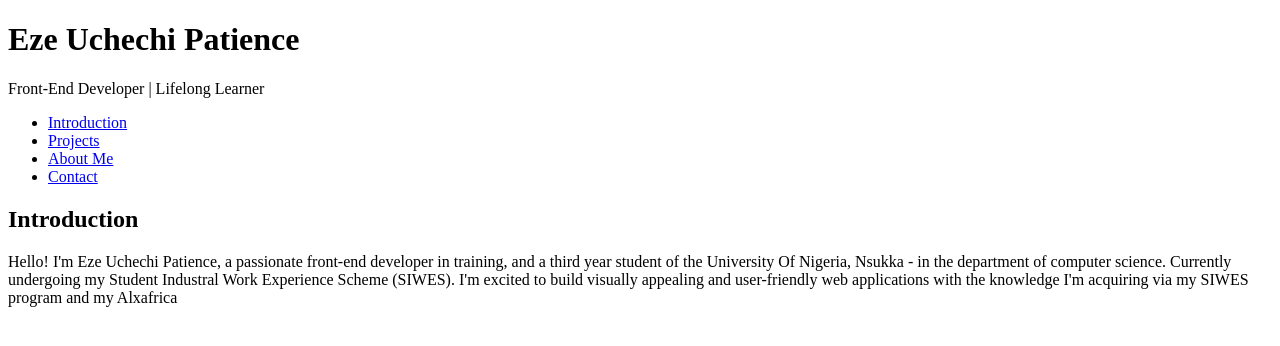
Repository: Patience225/My_First_Portfolio
Page: Portfolio/index.html
An editor plug-in stored every save of this project. The page is shown before and after the next save, followed by the edit.
The browser window is 1280 px wide. The pictures show the whole page.

Above is the page before, as saved 2024-12-16 13:12:39.

### Portfolio/index.html
<!DOCTYPE html>
<html lang="en">
<head>
    <meta charset="utf-8">
    <title>Eze Uchechi Patience - Personal Portfolio</title>
</head>
<body>
    <header>
        <h1>Eze Uchechi Patience</h1>
        <p>Front-End Developer | Lifelong Learner</p>
    </header>
    <nav>
      <ul>
        <li><a href="#introduction">Introduction</a></li>
        <li><a href="#projects">Projects</a></li>
        <li><a href="#about">About Me</a></li>
        <li><a href="#contact">Contact</a></li>
    </ul>
    </nav>
    <section id="introduction">
      <h2>Introduction</h2>
    <p>Hello! I'm Eze Uchechi Patience, a passionate front-end developer in training, and a third year student of the University Of Nigeria, Nsukka - in the department of computer science. Currently undergoing my Student Industral Work Experience Scheme (SIWES). I'm excited to build visually appealing and user-friendly web applications with the knowledge I'm acquiring via my SIWES program and my Alxafrica </p>
    </section>
    <section id="projects"></section>
    <section id="about"></section>
    <section id="contact"></section>
    <footer>

    </footer>
</body>
</html>

After the next save:
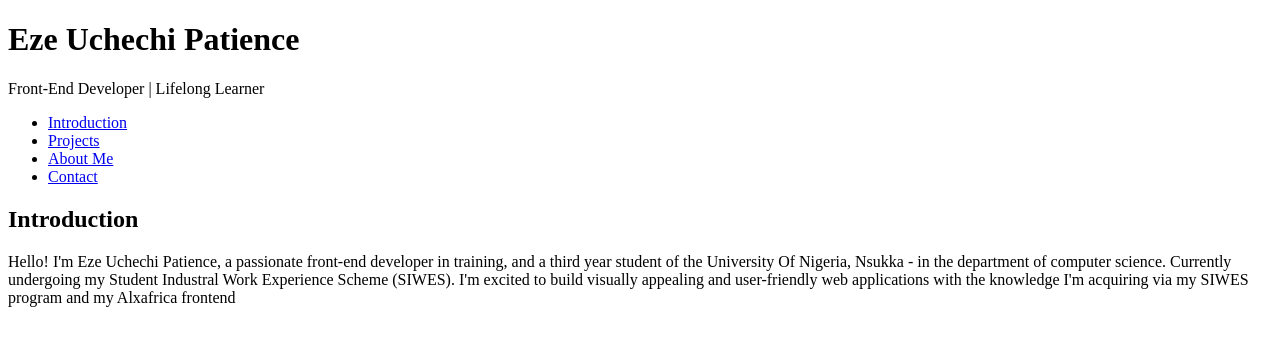
Saved 15 s later.
--- a/Portfolio/index.html
+++ b/Portfolio/index.html
@@ -19,7 +19,7 @@
     </nav>
     <section id="introduction">
       <h2>Introduction</h2>
-    <p>Hello! I'm Eze Uchechi Patience, a passionate front-end developer in training, and a third year student of the University Of Nigeria, Nsukka - in the department of computer science. Currently undergoing my Student Industral Work Experience Scheme (SIWES). I'm excited to build visually appealing and user-friendly web applications with the knowledge I'm acquiring via my SIWES program and my Alxafrica </p>
+    <p>Hello! I'm Eze Uchechi Patience, a passionate front-end developer in training, and a third year student of the University Of Nigeria, Nsukka - in the department of computer science. Currently undergoing my Student Industral Work Experience Scheme (SIWES). I'm excited to build visually appealing and user-friendly web applications with the knowledge I'm acquiring via my SIWES program and my Alxafrica frontend </p>
     </section>
     <section id="projects"></section>
     <section id="about"></section>
